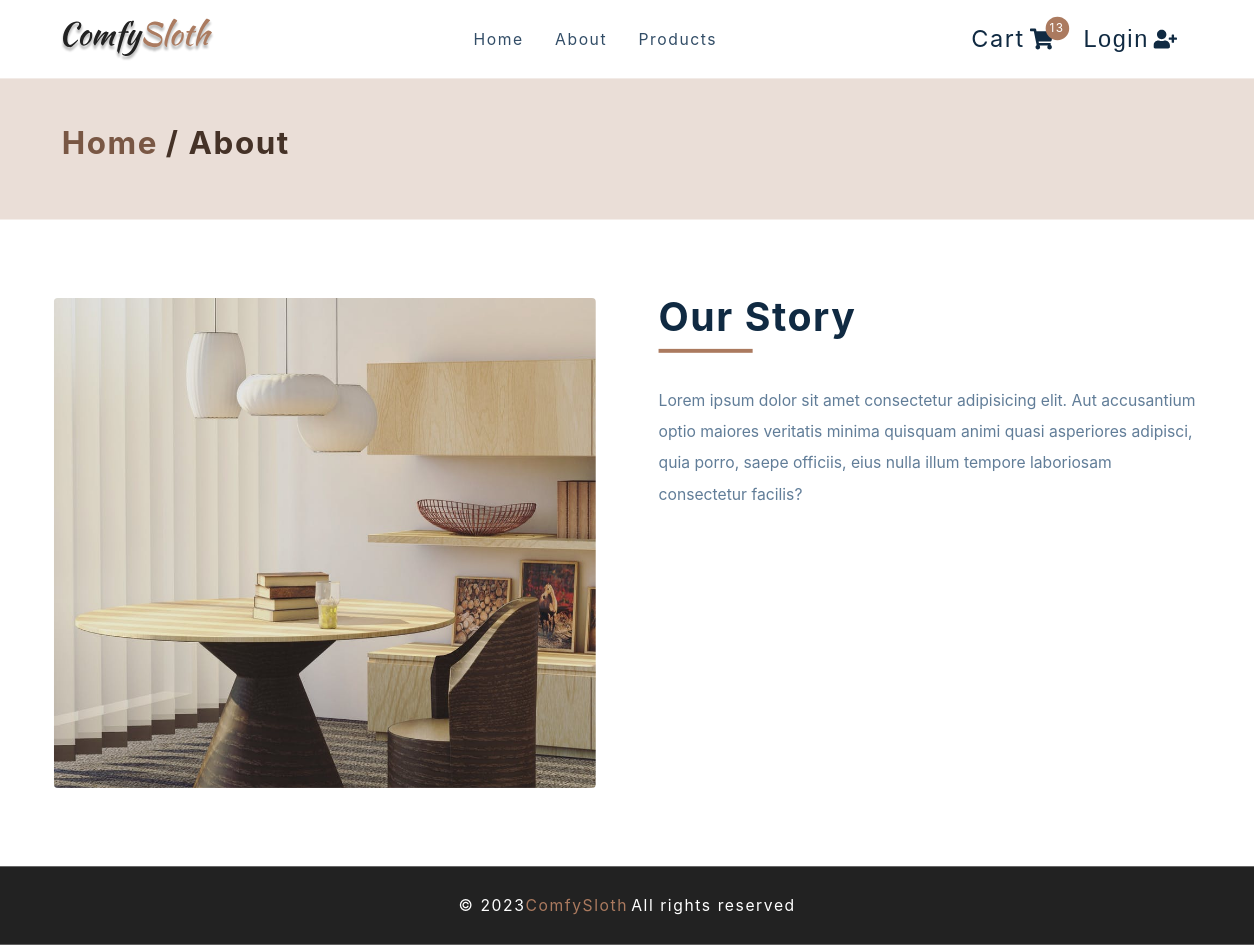
Repository: Maryie-B/React-Practice-Projects
Page: /about (app in Comfy Sloth - Furniture Website/)
These files come from the project's save history. The page is drawn as it stood at one moment and after the next save; the edit follows.
The browser window is 1280 px wide. The pictures show the whole page, at 98% of full size.
The page's requests for data from a server got no answer. The project was rebuilt for these pictures with package versions that can differ from the ones it lists, and the page was loaded fresh each time. No one was signed in, and anything a server would have sent is missing. Also part of the build but not shown: Comfy Sloth - Furniture Website/src/components/Error.js, Comfy Sloth - Furniture Website/src/components/Loading.js, Comfy Sloth - Furniture Website/src/components/FeaturedProducts.js, Comfy Sloth - Furniture Website/src/reducers/cart_reducer.js, Comfy Sloth - Furniture Website/src/context/cart_context.js, Comfy Sloth - Furniture Website/src/context/user_context.js, Comfy Sloth - Furniture Website/src/components/Hero.js, Comfy Sloth - Furniture Website/src/components/Services.js and 24 more. Imported but missing from the stored project, and not drawn on this page: Comfy Sloth - Furniture Website/src/components/GridView, Comfy Sloth - Furniture Website/src/components/Product.

Above is the page before, as saved 2023-06-20 11:13:58.

### Comfy Sloth - Furniture Website/src/index.js
import React from 'react';
import ReactDOM from 'react-dom/client';
import './index.css';
import App from './App';

import { ProductsProvider } from './context/products_context';
import { FilterProvider } from './context/filter_context';
import { CartProvider } from './context/cart_context';
import { UserProvider } from './context/user_context';
import { Auth0Provider } from '@auth0/auth0-react';

const root = ReactDOM.createRoot(document.getElementById('root'));

root.render(<ProductsProvider>
        <App />
    </ProductsProvider>);

### Comfy Sloth - Furniture Website/src/App.js
import React from 'react'
import { BrowserRouter as Router, Switch, Route } from 'react-router-dom'
import { Navbar, Sidebar, Footer } from './components'
import { Home, SingleProduct, Cart, Checkout, Error, About, Products, Private } from './pages'

function App() {
  return (
  <Router>
    <Navbar />
    <Sidebar />
    <Switch>
      <Route exact path='/'>
        <Home />
      </Route>
      <Route exact path='/about'>
        <About />
      </Route>
      <Route exact path='/cart'>
        <Cart />
      </Route>
      <Route exact path='/products'>
        <Products />
      </Route>
      <Route exact path='/products/:id' children={<SingleProduct />} />
      <Route exact path='/checkout'>
        <Checkout />
      </Route>
      <Route path='*'>
        <Error />
      </Route>
    </Switch>
    <Footer />
  </Router>
  )
}

export default App

### Comfy Sloth - Furniture Website/src/context/products_context.js
import axios from 'axios'
import React, { useContext, useEffect, useReducer } from 'react'
import reducer from '../reducers/products_reducer'
import { products_url as url } from '../utils/constants'
import {
  SIDEBAR_OPEN,
  SIDEBAR_CLOSE,
  GET_PRODUCTS_BEGIN,
  GET_PRODUCTS_SUCCESS,
  GET_PRODUCTS_ERROR,
  GET_SINGLE_PRODUCT_BEGIN,
  GET_SINGLE_PRODUCT_SUCCESS,
  GET_SINGLE_PRODUCT_ERROR,
} from '../actions'

const initialState = {
  isSidebarOpen: true,
  products_loading: false,
  products_error: false,
  products: [],
  featured_products: [],
  single_product_loading: false,
  single_product_error: false,
  single_product: {}
}

const ProductsContext = React.createContext()

export const ProductsProvider = ({ children }) => {
  const [state, dispatch] = useReducer(reducer, initialState);

  const openSidebar = () => {
    dispatch({type: SIDEBAR_OPEN})
  };

  const closeSidebar = () => {
    dispatch({type: SIDEBAR_CLOSE})
  };

  const fetchProducts = async(url) => {
    dispatch({type: GET_PRODUCTS_BEGIN})
    try {
      const response = await axios.get(url);
      const products = response.data;
      dispatch({type: GET_PRODUCTS_SUCCESS, payload: products});
    } catch (error) {
      dispatch({type: GET_PRODUCTS_ERROR});
    }
  };

  const fetchSingleProduct = async (url) => {
    dispatch({type: GET_SINGLE_PRODUCT_BEGIN});
    try {
      const response = await axios.get(url);
      const singleProduct = response.data;
      dispatch({type: GET_SINGLE_PRODUCT_SUCCESS, payload: singleProduct});
    } catch (error) {
      dispatch({type: GET_SINGLE_PRODUCT_ERROR});
    }
  };

  useEffect(() => {
    fetchProducts(url);
  }, []);

  return (
    <ProductsContext.Provider value={{...state,  openSidebar, closeSidebar, fetchSingleProduct}}>
      {children}
    </ProductsContext.Provider>
  )
}
// make sure use
export const useProductsContext = () => {
  return useContext(ProductsContext)
}

### Comfy Sloth - Furniture Website/src/components/index.js
import FeaturedProducts from './FeaturedProducts'
import Navbar from './Navbar'
import CartButtons from './CartButtons'
import Footer from './Footer'
import Sidebar from './Sidebar'
import Hero from './Hero'
import Services from './Services'
import Contact from './Contact'
import Loading from './Loading'
import Error from './Error'
import ProductImages from './ProductImages'
import AddToCart from './AddToCart'
import Filters from './Filters'
import ProductList from './ProductList'
import Sort from './Sort'
import Stars from './Stars'
import CartContent from './CarContent'
import PageHero from './PageHero'
import StripeCheckout from './StripeCheckout'
export {
  FeaturedProducts,
  Navbar,
  CartButtons,
  Footer,
  Sidebar,
  Hero,
  Services,
  Contact,
  Loading,
  Error,
  ProductImages,
  AddToCart,
  Filters,
  ProductList,
  Sort,
  Stars,
  CartContent,
  PageHero,
  StripeCheckout,
}

### Comfy Sloth - Furniture Website/src/pages/index.js
import Home from './HomePage';
import Products from './ProductsPage';
import SingleProduct from './SingleProductPage';
import About from './AboutPage';
import Cart from './CartPage';
import Error from './ErrorPage';
import Checkout from './CheckoutPage';
import Private from './PrivateRoute';

export { Home, Products, SingleProduct, About, Cart, Error, Checkout, Private }

### Comfy Sloth - Furniture Website/src/reducers/products_reducer.js
import {
  SIDEBAR_OPEN,
  SIDEBAR_CLOSE,
  GET_PRODUCTS_BEGIN,
  GET_PRODUCTS_SUCCESS,
  GET_PRODUCTS_ERROR,
  GET_SINGLE_PRODUCT_BEGIN,
  GET_SINGLE_PRODUCT_SUCCESS,
  GET_SINGLE_PRODUCT_ERROR,
} from '../actions'

const products_reducer = (state, action) => {
  if (action.type === SIDEBAR_OPEN) {
    console.log(action);
    return {...state, isSidebarOpen: true};
  }
  if (action.type === SIDEBAR_CLOSE) {
    return {...state, isSidebarOpen: false};
  }
  if (action.type === GET_PRODUCTS_BEGIN) {
    return {...state, products_loading: true};
  }
  if (action.type === GET_PRODUCTS_SUCCESS) {
    const featured_products = action.payload.filter((product) => product.featured === true);
    return {
      ...state, products_loading: false, products: action.payload, featured_products
    };
  }
  if (action.type === GET_PRODUCTS_ERROR) {
    return {
      ...state, products_loading: false, products_error: true
    }
  }
  if (action.type === GET_SINGLE_PRODUCT_BEGIN) {
    return {...state, single_product_loading: true, single_product_error: false}
  }
  if (action.type === GET_SINGLE_PRODUCT_SUCCESS) {
    return {...state, single_product_loading: false, single_product: action.payload}
  }
  if (action.type === GET_SINGLE_PRODUCT_ERROR) {
    return {...state, single_product_loading: false, single_product_error: true}
  }
  return state
  throw new Error(`No Matching "${action.type}" - action type`)
}

export default products_reducer

### Comfy Sloth - Furniture Website/src/utils/constants.js
import React from 'react'
import { GiCompass, GiDiamondHard, GiStabbedNote } from 'react-icons/gi'
export const links = [
  {
    id: 1,
    text: 'home',
    url: '/',
  },
  {
    id: 2,
    text: 'about',
    url: '/about',
  },
  {
    id: 3,
    text: 'products',
    url: '/products',
  },
]

export const services = [
  {
    id: 1,
    icon: <GiCompass />,
    title: 'mission',
    text:
      'Lorem ipsum, dolor sit amet consectetur adipisicing elit. Voluptates, ea. Perferendis corrupti reiciendis nesciunt rerum velit autem unde numquam nisi',
  },
  {
    id: 2,
    icon: <GiDiamondHard />,
    title: 'vision',
    text:
      'Lorem ipsum, dolor sit amet consectetur adipisicing elit. Voluptates, ea. Perferendis corrupti reiciendis nesciunt rerum velit autem unde numquam nisi',
  },
  {
    id: 3,
    icon: <GiStabbedNote />,
    title: 'history',
    text:
      'Lorem ipsum, dolor sit amet consectetur adipisicing elit. Voluptates, ea. Perferendis corrupti reiciendis nesciunt rerum velit autem unde numquam nisi',
  },
]

export const products_url = 'https://course-api.com/react-store-products'

export const single_product_url = `https://course-api.com/react-store-single-product?id=`

### Comfy Sloth - Furniture Website/src/actions.js
export const SIDEBAR_OPEN = 'SIDEBAR_OPEN'
export const SIDEBAR_CLOSE = 'SIDEBAR_CLOSE'
export const GET_PRODUCTS_BEGIN = 'GET_PRODUCTS_BEGIN'
export const GET_PRODUCTS_SUCCESS = 'GET_PRODUCTS_SUCCESS'
export const GET_PRODUCTS_ERROR = 'GET_PRODUCTS_ERROR'
export const GET_SINGLE_PRODUCT_BEGIN = 'GET_SINGLE_PRODUCT_BEGIN'
export const GET_SINGLE_PRODUCT_SUCCESS = 'GET_SINGLE_PRODUCT_SUCCESS'
export const GET_SINGLE_PRODUCT_ERROR = 'GET_SINGLE_PRODUCT_ERROR'
export const LOAD_PRODUCTS = 'LOAD_PRODUCTS'
export const SET_GRIDVIEW = 'SET_GRIDVIEW'
export const SET_LISTVIEW = 'SET_LISTVIEW'
export const UPDATE_SORT = 'UPDATE_SORT'
export const SORT_PRODUCTS = 'SORT_PRODUCTS'
export const UPDATE_FILTERS = 'UPDATE_FILTERS'
export const FILTER_PRODUCTS = 'FILTER_PRODUCTS'
export const CLEAR_FILTERS = 'CLEAR_FILTERS'
export const ADD_TO_CART = 'ADD_TO_CART'
export const REMOVE_CART_ITEM = 'REMOVE_CART_ITEM'
export const TOGGLE_CART_ITEM_AMOUNT = 'TOGGLE_CART_ITEM_AMOUNT'
export const CLEAR_CART = 'CLEAR_CART'
export const COUNT_CART_TOTALS = 'COUNT_CART_TOTALS'

### Comfy Sloth - Furniture Website/src/components/Navbar.js
import React from 'react'
import styled from 'styled-components'
import logo from '../assets/logo.svg'
import { FaBars } from 'react-icons/fa'
import { Link } from 'react-router-dom'
import { links } from '../utils/constants'
import CartButtons from './CartButtons'
import { useProductsContext } from '../context/products_context'
import { useUserContext } from '../context/user_context'

const Nav = () => {
  const {openSidebar} = useProductsContext();

  return <NavContainer>
    <div className="nav-center">
      <div className="nav-header">
        <Link to='/' >
          <img src={logo} alt="logo" />
        </Link>
        <button type='button' className="nav-toggle"  onClick={openSidebar}>
          <FaBars />
        </button>
      </div>
      <ul className="nav-links">
        {links.map((link) => {
          const { id, text, url } = link;
          return (
            <li key={id}>
              <Link to={url}>{text}</Link>
            </li>
          )
        })}
      </ul>
      <CartButtons />
    </div>
  </NavContainer>
}

const NavContainer = styled.nav`
  height: 5rem;
  display: flex;
  align-items: center;
  justify-content: center;

  .nav-center {
    width: 90vw;
    margin: 0 auto;
    max-width: var(--max-width);
  }
  .nav-header {
    display: flex;
    align-items: center;
    justify-content: space-between;
    img {
      width: 175px;
      margin-left: -15px;
    }
  }
  .nav-toggle {
    background: transparent;
    border: transparent;
    color: var(--clr-primary-5);
    cursor: pointer;
    svg {
      font-size: 2rem;
    }
  }
  .nav-links {
    display: none;
  }
  .cart-btn-wrapper {
    display: none;
  }
  @media (min-width: 992px) {
    .nav-toggle {
      display: none;
    }
    .nav-center {
      display: grid;
      grid-template-columns: auto 1fr auto;
      align-items: center;
    }
    .nav-links {
      display: flex;
      justify-content: center;
      li {
        margin: 0 0.5rem;
      }
      a {
        color: var(--clr-grey-3);
        font-size: 1rem;
        text-transform: capitalize;
        letter-spacing: var(--spacing);
        padding: 0.5rem;
        &:hover {
          border-bottom: 2px solid var(--clr-primary-7);
        }
      }
    }
    .cart-btn-wrapper {
      display: grid;
    }
  }
`

export default Nav

### Comfy Sloth - Furniture Website/src/components/CartButtons.js
import React from 'react'
import { FaShoppingCart, FaUserMinus, FaUserPlus } from 'react-icons/fa'
import { Link } from 'react-router-dom'
import styled from 'styled-components'
import { useProductsContext } from '../context/products_context'
import { useCartContext } from '../context/cart_context'
import { useUserContext } from '../context/user_context'

const CartButtons = () => {
  const {closeSidebar} = useProductsContext();
  return <Wrapper className='cart-btn-wrapper'>
    <Link to='/cart' className='cart-btn' onClick={closeSidebar}>
      Cart
      <span className='cart-container'>
        <FaShoppingCart />
        <span className="cart-value">
          13
        </span>
      </span>
    </Link>
    <button type='button' className="auth-btn">
      Login <FaUserPlus />
    </button>
    </Wrapper>
}

const Wrapper = styled.div`
  display: grid;
  grid-template-columns: 1fr 1fr;
  align-items: center;
  width: 225px;

  .cart-btn {
    color: var(--clr-grey-1);
    font-size: 1.5rem;
    letter-spacing: var(--spacing);
    color: var(--clr-grey-1);
    display: flex;

    align-items: center;
  }
  .cart-container {
    display: flex;
    align-items: center;
    position: relative;
    svg {
      height: 1.6rem;
      margin-left: 5px;
    }
  }
  .cart-value {
    position: absolute;
    top: -10px;
    right: -16px;
    background: var(--clr-primary-5);
    width: 16px;
    height: 16px;
    display: flex;
    align-items: center;
    justify-content: center;
    border-radius: 50%;
    font-size: 0.75rem;
    color: var(--clr-white);
    padding: 12px;
  }
  .auth-btn {
    display: flex;
    align-items: center;
    background: transparent;
    border-color: transparent;
    font-size: 1.5rem;
    cursor: pointer;
    color: var(--clr-grey-1);
    letter-spacing: var(--spacing);
    svg {
      margin-left: 5px;
    }
  }
`
export default CartButtons

### Comfy Sloth - Furniture Website/src/components/Footer.js
import React from 'react'
import styled from 'styled-components'
const Footer = () => {
  return <Wrapper>
    <h5>&copy; {new Date().getFullYear()}
    <span>ComfySloth</span>
    </h5>
    <h5>All rights reserved</h5>
  </Wrapper>
}

const Wrapper = styled.footer`
  height: 5rem;
  display: flex;
  flex-direction: column;
  justify-content: center;
  align-items: center;
  background: var(--clr-black);
  text-align: center;
  span {
    color: var(--clr-primary-5);
  }
  h5 {
    color: var(--clr-white);
    margin: 0.1rem;

    font-weight: 400;
    text-transform: none;
    line-height: 1.25;
  }
  @media (min-width: 776px) {
    flex-direction: row;
  }
`

export default Footer

### Comfy Sloth - Furniture Website/src/components/Sidebar.js
import React from 'react'
import logo from '../assets/logo.svg'
import { Link } from 'react-router-dom'
import { useProductsContext } from '../context/products_context'
import { FaTimes } from 'react-icons/fa'
import { links } from '../utils/constants'
import styled from 'styled-components'
import CartButtons from './CartButtons'
import { useUserContext } from '../context/user_context'

const Sidebar = () => {
  const {isSidebarOpen, closeSidebar} = useProductsContext();

  return <SidebarContainer>
    <aside className={`${isSidebarOpen ? 'sidebar show-sidebar' : 'sidebar'}`}>
      <div className="sidebar-header">
        <img src={logo} alt="logo" className="logo" />
        <button className="close-btn" type='button' onClick={closeSidebar}>
          <FaTimes />
        </button>
      </div>
      <ul className="links">
        {links.map(({id, text, url}) => {
          return <li key={id}>
            <Link to={url} onClick={closeSidebar}>
              {text}
            </Link>
          </li>
        })}
        <li>
          <Link to='/checkout'onClick={closeSidebar}>checkout</Link>
        </li>
      </ul>
      <CartButtons onClick={closeSidebar} />
    </aside>
  </SidebarContainer>
}

const SidebarContainer = styled.div`
  text-align: center;
  .sidebar-header {
    display: flex;
    justify-content: space-between;
    align-items: center;
    padding: 1rem 1.5rem;
  }
  .close-btn {
    font-size: 2rem;
    background: transparent;
    border-color: transparent;
    color: var(--clr-primary-5);
    transition: var(--transition);
    cursor: pointer;
    color: var(--clr-red-dark);
    margin-top: 0.2rem;
  }
  .close-btn:hover {
    color: var(--clr-red-light);
  }
  .logo {
    justify-self: center;
    height: 45px;
  }
  .links {
    margin-bottom: 2rem;
  }
  .links a {
    display: block;
    text-align: left;
    font-size: 1rem;
    text-transform: capitalize;
    padding: 1rem 1.5rem;
    color: var(--clr-grey-3);
    transition: var(--transition);
    letter-spacing: var(--spacing);
  }

  .links a:hover {
    padding: 1rem 1.5rem;
    padding-left: 2rem;
    background: var(--clr-grey-10);
    color: var(--clr-grey-2);
  }

  .sidebar {
    position: fixed;
    top: 0;
    left: 0;
    width: 100%;
    height: 100%;
    background: var(--clr-white);
    transition: var(--transition);
    transform: translate(-100%);
    z-index: -1;
  }
  .show-sidebar {
    transform: translate(0);
    z-index: 999;
  }
  .cart-btn-wrapper {
    margin: 2rem auto;
  }
  @media screen and (min-width: 992px) {
    .sidebar {
      display: none;
    }
  }
`

export default Sidebar

### Comfy Sloth - Furniture Website/src/components/PageHero.js
import React from 'react'
import styled from 'styled-components'
import { Link } from 'react-router-dom'
const PageHero = ({title}) => {
  return <Wrapper>
    <div className="section-center">
      <h3>
        <Link to='/'>Home</Link>/ {title}
      </h3>
    </div>
  </Wrapper>
}

const Wrapper = styled.section`
  background: var(--clr-primary-10);
  width: 100%;
  min-height: 20vh;
  display: flex;
  align-items: center;

  color: var(--clr-primary-1);
  a {
    color: var(--clr-primary-3);
    padding: 0.5rem;
    transition: var(--transition);
  }
  a:hover {
    color: var(--clr-primary-1);
  }
`

export default PageHero

### Comfy Sloth - Furniture Website/src/pages/AboutPage.js
import React from 'react'
import styled from 'styled-components'
import { PageHero } from '../components'
import aboutImg from '../assets/hero-bcg.jpeg'

const AboutPage = () => {
  return <main>
    <PageHero title='about'/>
    <Wrapper className='page section section-center'>
      <img src={aboutImg} alt="nice desk" />
      <article>
        <div className="title">
          <h2>our story</h2>
          <div className="underline"></div>
        </div>
        <p>Lorem ipsum dolor sit amet consectetur adipisicing elit. Aut accusantium optio maiores veritatis minima quisquam animi quasi asperiores adipisci, quia porro, saepe officiis, eius nulla illum tempore laboriosam consectetur facilis?</p>
      </article>
    </Wrapper>
  </main>
}

const Wrapper = styled.section`
  display: grid;
  gap: 4rem;
  img {
    width: 100%;
    display: block;
    border-radius: var(--radius);
    height: 500px;
    object-fit: cover;
  }
  p {
    line-height: 2;
    max-width: 45em;
    margin: 0 auto;
    margin-top: 2rem;
    color: var(--clr-grey-5);
  }
  .title {
    text-align: left;
  }
  .underline {
    margin-left: 0;
  }
  @media (min-width: 992px) {
    grid-template-columns: 1fr 1fr;
  }
`
export default AboutPage

Loaded but not shown: Comfy Sloth - Furniture Website/public/index.html (common file); Comfy Sloth - Furniture Website/src/index.css (common file)

After the next save:
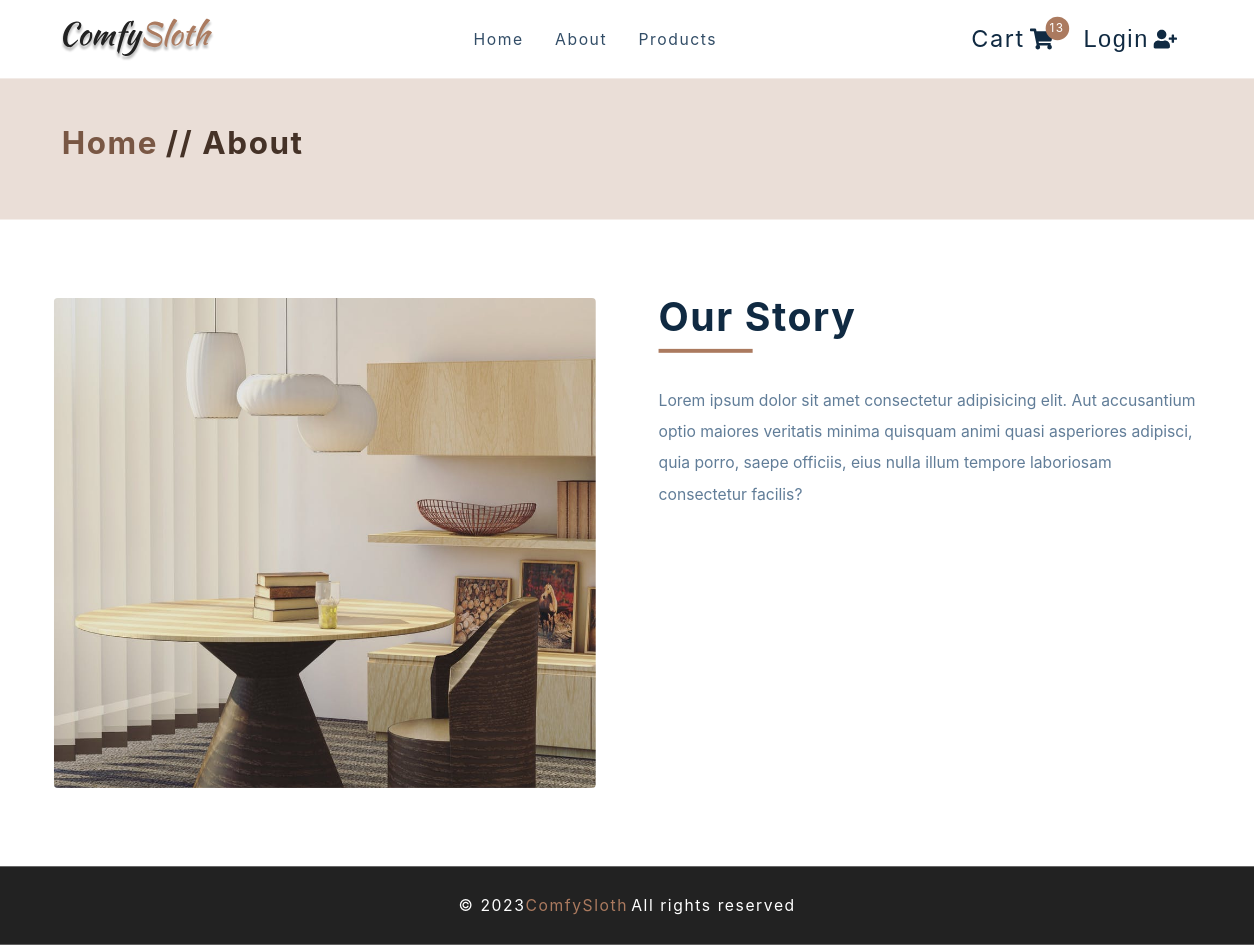
Saved 82 min 29 s later.
--- a/Comfy Sloth - Furniture Website/src/components/PageHero.js
+++ b/Comfy Sloth - Furniture Website/src/components/PageHero.js
@@ -1,11 +1,13 @@
 import React from 'react'
 import styled from 'styled-components'
 import { Link } from 'react-router-dom'
-const PageHero = ({title}) => {
+const PageHero = ({title ,product}) => {
   return <Wrapper>
     <div className="section-center">
       <h3>
-        <Link to='/'>Home</Link>/ {title}
+        <Link to='/'>Home</Link>/
+        {product && <Link to='/products'>Products</Link>}
+        / {title}
       </h3>
     </div>
   </Wrapper>
